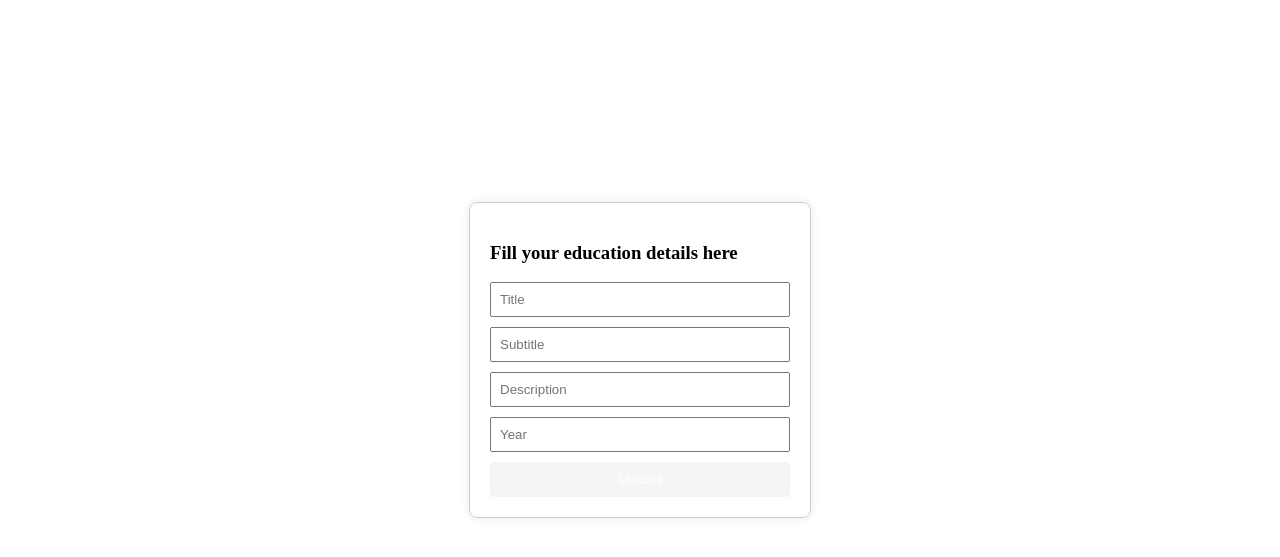
Repository: HAIDAR123654/CodeHuntMvcProject
Page: http://localhost/myportfolio/uploadedu.jsp
An editor plug-in stored every save of this project. The page is shown before and after the next save, followed by the edit.
The browser window is 1280 px wide. The pictures show the whole page.
The page is served by Tomcat 9. Other server files are loaded and not shown.

Above is the page before, as saved 2024-01-26 17:45:14.

### myportfolio/src/main/webapp/uploadedu.jsp
<%@ page language="java" contentType="text/html; charset=ISO-8859-1"
    pageEncoding="ISO-8859-1"%>
<!DOCTYPE html>
<html lang="en">
<head>
    <meta charset="UTF-8">
    <meta name="viewport" content="width=device-width, initial-scale=1.0">
    <title>Education Form</title>
    <style>
        body {
            display: flex;
            align-items: center;
            justify-content: center;
            height: 100vh;
            margin: 0;
        }

        form {
            width: 300px;
            padding: 20px;
            border: 1px solid #ccc;
            border-radius: 8px;
            box-shadow: 0 0 10px rgba(0, 0, 0, 0.1);
        }

        input {
            width: 100%;
            margin-bottom: 10px;
            padding: 8px;
            box-sizing: border-box;
        }

        button {
            width: 100%;
            padding: 10px;
            background-color: #f5f5f5;
            color: #fff;
            border: none;
            border-radius: 4px;
            cursor: pointer;
        }

        button:hover {
            background-color: #45a049;
        }
    </style>
</head>
<body>
    <%@include file="messageprint.jsp" %>

    <form action="Education" method="post">
     <h3>Fill your education details here</h3>
        <input type="text" name="title" placeholder="Title"/><br>
        <input type="text" name="subtitle" placeholder="Subtitle"/><br>
        <input type="text" name="desc" placeholder="Description"/><br>
        <input type="text" name="year" placeholder="Year"/><br>
        <button>Upload</button>
    </form>
</body>
</html>

### myportfolio/src/main/webapp/messageprint.jsp
<%
String message = (String)session.getAttribute("msg");
if(message != null)
{
%>
<h4 style="text-align: center; color: red;"><%=message%></h4>
<%
}
session.removeAttribute("msg");
%>

After the next save:
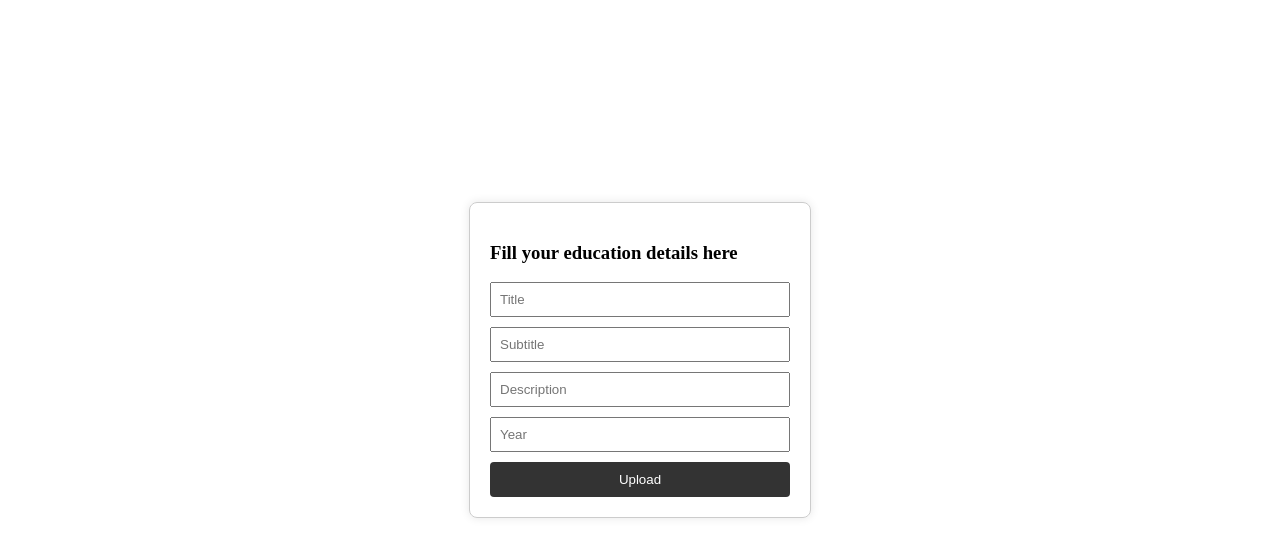
Saved 39 s later.
--- a/myportfolio/src/main/webapp/uploadedu.jsp
+++ b/myportfolio/src/main/webapp/uploadedu.jsp
@@ -33,7 +33,7 @@
         button {
             width: 100%;
             padding: 10px;
-            background-color: #f5f5f5;
+             background-color: #333;
             color: #fff;
             border: none;
             border-radius: 4px;
